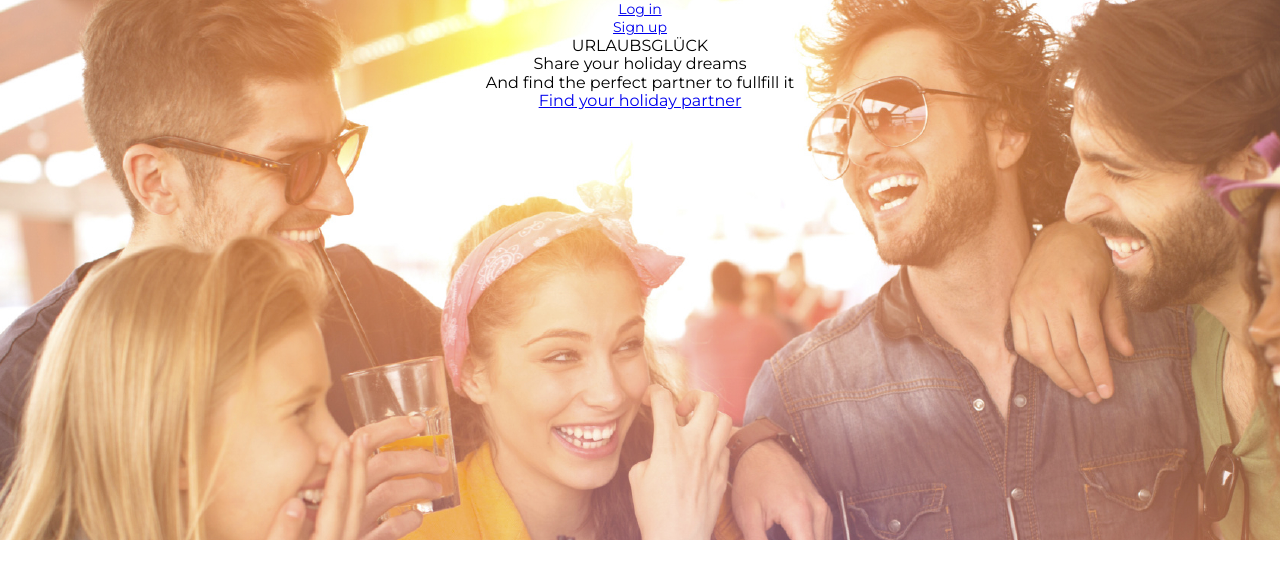
Repository: RobinKite/web_core_hws
Page: html-css/module-08/index.html
An editor plug-in stored every save of this project. The page is shown before and after the next save, followed by the edit.
The browser window is 1280 px wide. The pictures show the whole page.

Above is the page before, as saved 2020-04-30 22:13:32.

### html-css/module-08/index.html
<!DOCTYPE html>
<html lang="en">

<head>
    <meta charset="UTF-8">
    <meta name="viewport" content="width=device-width, initial-scale=1.0">
    <meta http-equiv="X-UA-Compatible" content="ie=edge">
    <title>Module-08</title>
    <link rel="stylesheet" href="css/normalize.css">
    <link rel="stylesheet" href="css/styles.css">
    <link href="https://fonts.googleapis.com/css2?family=Montserrat:wght@400;700&display=swap" rel="stylesheet">

</head>

<body>
    <header>
        <ul>
            <li><a href="#">Log in</a></li>
            <li><a href="#">Sign up</a></li>
        </ul>

        <p>URLAUBSGLÜCK</p>
        <p>Share your holiday dreams</p>
        <p>And find the perfect partner to fullfill it</p>
        <div>
            <a href="#">Find your holiday partner</a>
        </div>
    </header>
</body>

</html>

### html-css/module-08/css/styles.css
* {
    box-sizing: border-box;
    padding: 0;
    margin: 0;
    /* outline: 1px solid red; */
}

*,
*::before,
*::after {
    box-sizing: inherit;
}

img {
    display: block;
    max-width: 100%;
    object-fit: cover;
}

body {
    font-family: 'Montserrat', sans-serif;
}


/* HEADER */

header {
    height: 540px;
    text-align: center;
    background: url(../img/wallpaper.png);
}

header li>a {
    font-size: 14px;
}

.header-text {
    font-family: 'Roboto', sans-serif;
}


/* HIDDEN */

.visually-hidden:not(:focus):not(:active),
input[type="checkbox"].visually-hidden,
input[type="radio"].visually-hidden {
    position: absolute;
    width: 1px;
    height: 1px;
    margin: -1px;
    border: 0;
    padding: 0;
    white-space: nowrap;
    clip-path: inset(100%);
    clip: rect(0 0 0 0);
    overflow: hidden;
}

Loaded but not shown: html-css/module-08/css/normalize.css (library)

After the next save:
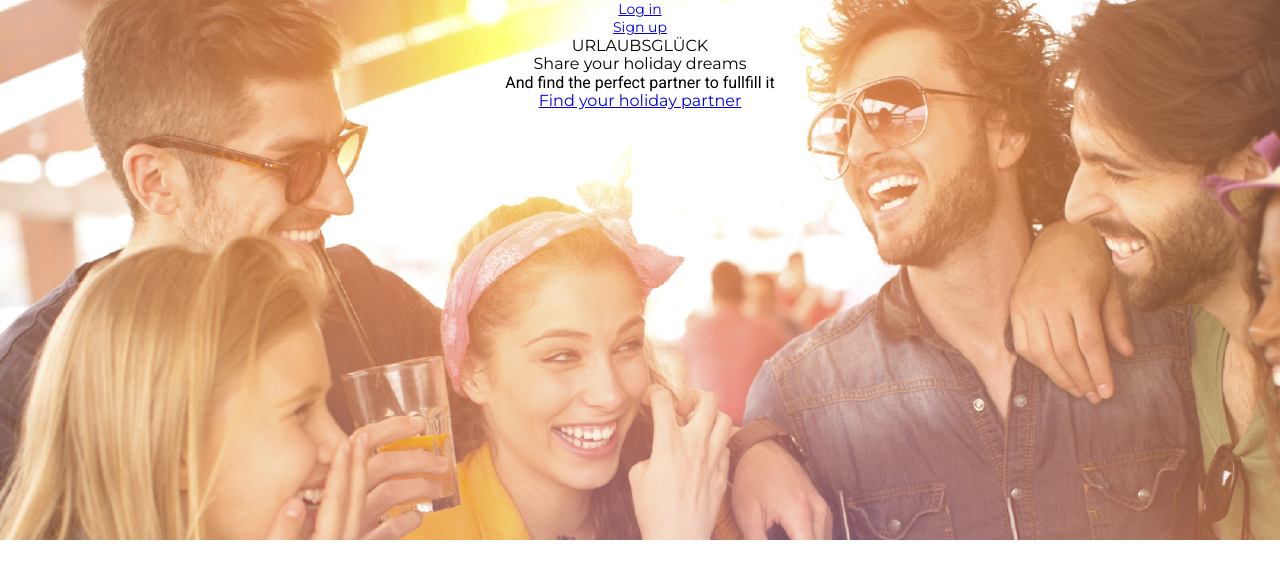
Saved 8 s later.
--- a/html-css/module-08/index.html
+++ b/html-css/module-08/index.html
@@ -6,9 +6,11 @@
     <meta name="viewport" content="width=device-width, initial-scale=1.0">
     <meta http-equiv="X-UA-Compatible" content="ie=edge">
     <title>Module-08</title>
+    <link href="https://fonts.googleapis.com/css2?family=Montserrat:wght@400;700&display=swap" rel="stylesheet">
+    <link href="https://fonts.googleapis.com/css2?family=Roboto:wght@300;400&display=swap" rel="stylesheet">
     <link rel="stylesheet" href="css/normalize.css">
     <link rel="stylesheet" href="css/styles.css">
-    <link href="https://fonts.googleapis.com/css2?family=Montserrat:wght@400;700&display=swap" rel="stylesheet">
+
 
 </head>
 
@@ -21,7 +23,7 @@
 
         <p>URLAUBSGLÜCK</p>
         <p>Share your holiday dreams</p>
-        <p>And find the perfect partner to fullfill it</p>
+        <p class="header-text">And find the perfect partner to fullfill it</p>
         <div>
             <a href="#">Find your holiday partner</a>
         </div>
